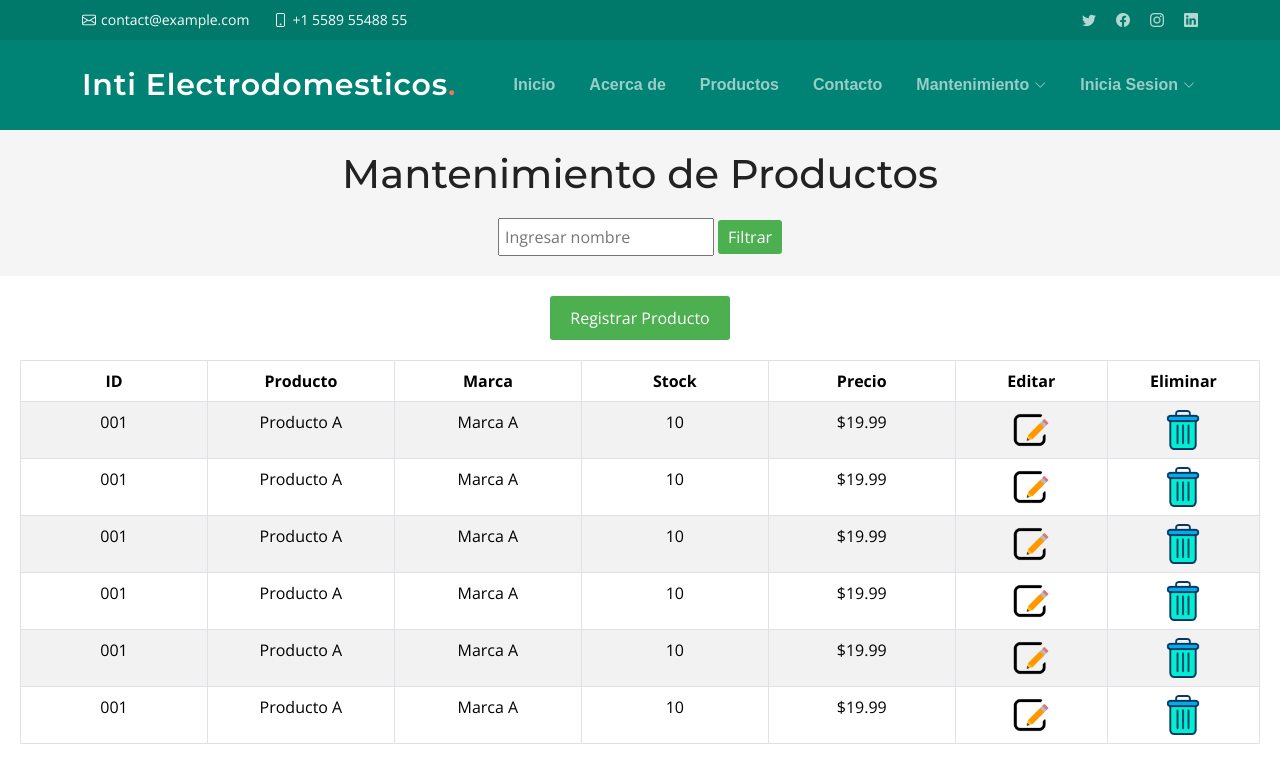
Repository: JReynaldoDelRio/DAWI---IntiElectrdomesticos
Page: http://localhost/mantenimientoProducto
These files come from the project's save history. The page is drawn as it stood at one moment and after the next save; the edit follows.
The browser window is 1280 px wide. The pictures show the whole page.
Some web fonts or font styles are not loaded; a fallback is used. Some web libraries are served in a nearby version. The page is this project's Thymeleaf template; nobody is signed in. The template is opened directly, without the code that normally fills it, so the values that code supplies are empty.

Above is the page before, as saved 2023-06-07 17:29:41.

After the next save:
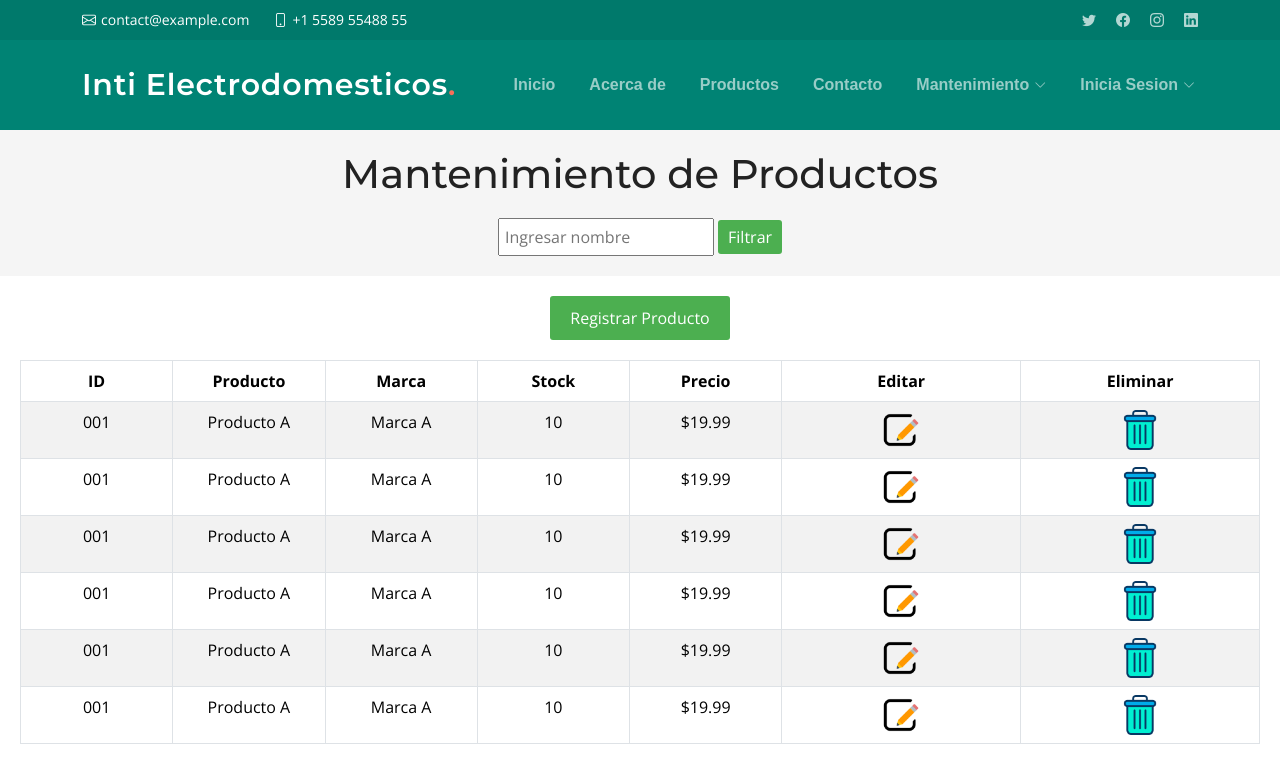
Saved 7 s later.
--- a/IntiElectrodomesticos/src/main/resources/static/css/producto.css
+++ b/IntiElectrodomesticos/src/main/resources/static/css/producto.css
@@ -71,7 +71,7 @@ tbody tr:hover {
 }
 
 th:nth-child(6), td:nth-child(6), th:nth-child(7), td:nth-child(7) {
-	width: 12.28%; /* Tamaño de cada columna (100% / 7) */
+	width: 19.28%; /* Tamaño de cada columna (100% / 7) */
 }
 
 
